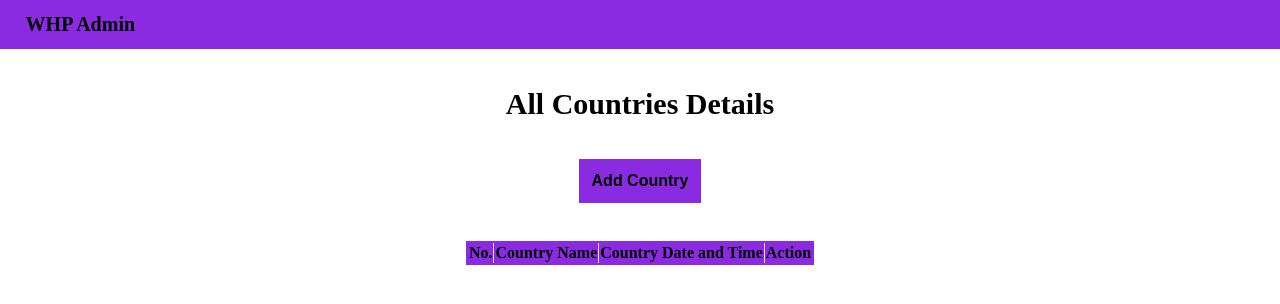
Repository: sabinaPetrisor/World_Hour_Project
Page: http://localhost/WorldHourProject/jsp/admin.jsp
An editor plug-in stored every save of this project. The page is shown before and after the next save, followed by the edit.
The browser window is 1280 px wide. The pictures show the whole page.
The page is served by Tomcat 9. Other server files are loaded and not shown.

Above is the page before, as saved 2023-08-04 13:07:04.

### WorldHourProject/src/main/webapp/jsp/admin.jsp
<%@ page language="java" contentType="text/html; charset=UTF-8"
    pageEncoding="UTF-8"%>
<%@page import="com.worldhourproject.utility.JDBCDataSource"%>
<%@page import="java.sql.Connection"%>
<!DOCTYPE html>
<html>
	<head>
		<meta name="viewport" content="width=device-width, initial-scale=1" charset="UTF-8">
		<title>World Hour Project Admin Page</title>
		<style> <%@include file="../css/navbar.css" %> </style>
		<style> <%@include file="../css/admin.css" %> </style>
	</head>
	<body>
		<%@include file="navbar.jsp" %>

		<div class="content-container">
			<p class="content-container-title">All Countries Details</p>
			<div class="btn-container">
				<button class="add-button">Add Country</button>
			</div>

			<table class="tbl">
				<tr class="tbl-col-names">
					<th>No.</th>
					<th>Country Name</th>
					<th>Country Date and Time</th>
					<th>Action</th>
				</tr>
			</table>
		</div>
	</body>
</html>

### WorldHourProject/src/main/webapp/css/navbar.css
.header-container {
	position: relative;
	width: 100%;
	background-color: blueviolet;
	display: flex;
}

.header-title {
	padding-top: 1%;
	padding-bottom: 1%;
	margin-left: 2%;
	margin-right: 2%;
}

.home-page-title {
	font-size: 20px;
	font-weight: bold;
	width: auto;
}

.home-page-title:hover {
	color: cadetblue;
	cursor: pointer;
}

### WorldHourProject/src/main/webapp/css/admin.css
@charset "UTF-8";
* {
	margin: 0;
	width: 100%;
}

.content-container {
	margin-top: 3%;
}

.content-container-title {
	text-align: center;
	font-size: 30px;
	font-weight: bold;
	margin-bottom: 3%;
}

.btn-container {
	display: flex;
	justify-content: center;
}

.add-button {
	padding: 1%;
	margin-bottom: 3%;
	background-color: blueviolet;
	border: none;
	text-align: center;
	font-size: 1em;
	font-weight: bold;
	width:auto;
	cursor: pointer;
}

.tbl {
	margin: 0 auto;
	border-collapse: collapse;
	table-layout: auto;
	width: auto;

}

.tbl-col-names {
	border: 2px solid blueviolet;
	background-color: blueviolet;
}

.tbl td, .tbl-col-names th {
  border: 1px solid #dddddd;
  text-align: center;
  width: auto;
}

.tbl tr:nth-child(even) {
  background-color: #dddddd;
}

### WorldHourProject/src/main/webapp/jsp/navbar.jsp
<div class="header-container">
	<div class="header-title">
		<span class="home-page-title">WHP Admin</span>
	</div>
</div>

After the next save:
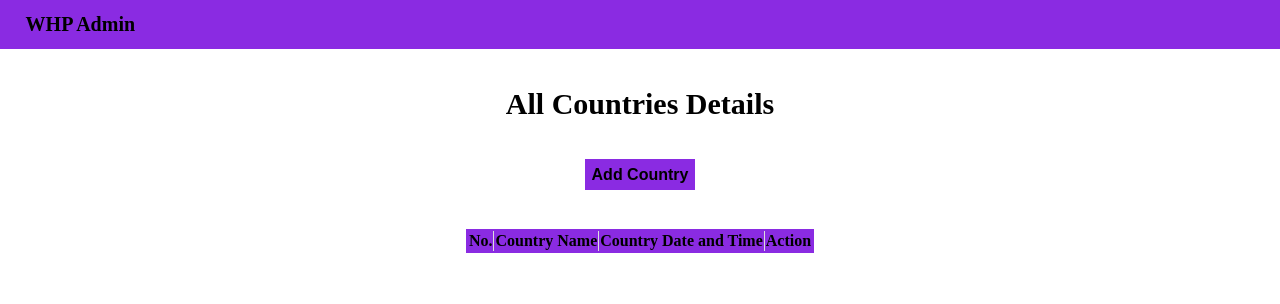
Saved 19 s later.
--- a/WorldHourProject/src/main/webapp/css/admin.css
+++ b/WorldHourProject/src/main/webapp/css/admin.css
@@ -21,7 +21,7 @@
 }
 
 .add-button {
-	padding: 1%;
+	padding: 0.5%;
 	margin-bottom: 3%;
 	background-color: blueviolet;
 	border: none;
